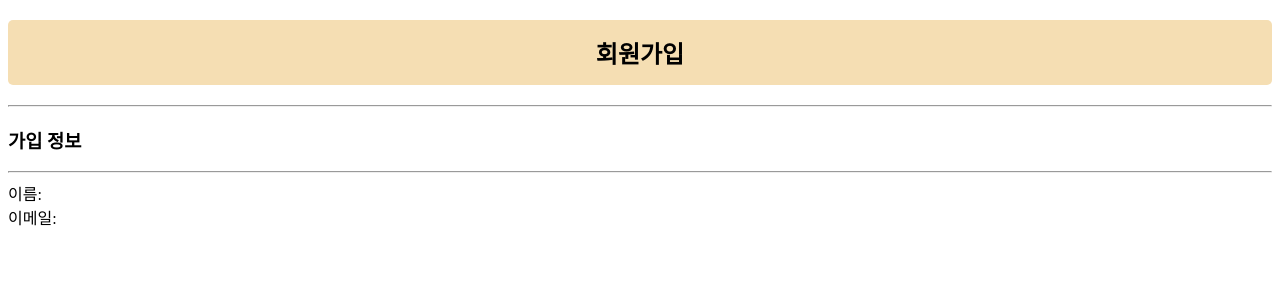
Repository: changhui98/JspBoard
Page: jspProject/src/main/webapp/ch03/regform.html
An editor plug-in stored every save of this project. The page is shown before and after the next save, followed by the edit.
The browser window is 1280 px wide. The pictures show the whole page.
Empty fields were first filled with sample values (such as "Sample", 5 or name@example.com).
After loading, the first visible `button` was clicked once.

Above is the page before, as saved 2024-01-22 16:50:17.
Console error: TypeError: Cannot read properties of null (reading 'style')

After the next save:
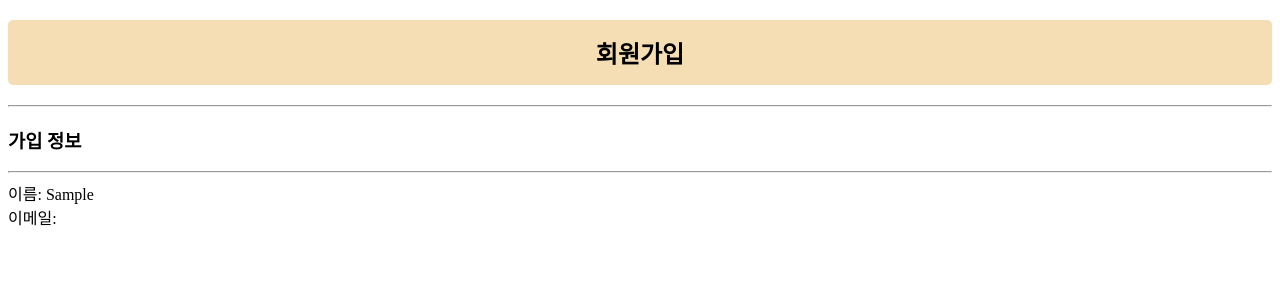
Saved 25 s later.
--- a/jspProject/src/main/webapp/ch03/regform.html
+++ b/jspProject/src/main/webapp/ch03/regform.html
@@ -24,7 +24,7 @@
 	function signUp(){
 		alert("정말로 가입하시겠습니까?");
 		document.getElementById("regform").style.display = "none";
-		document.getElementById("rnaame").innerHTML = document.form1.name.value;
+		document.getElementById("rname").innerHTML = document.form1.name.value;
 		document.getElementById("remail".innerHTML) = document.form1.email.value;
 		document.getElementById("result").setAttribute("style","display:block; background-color:KhaKi;");
 	}
